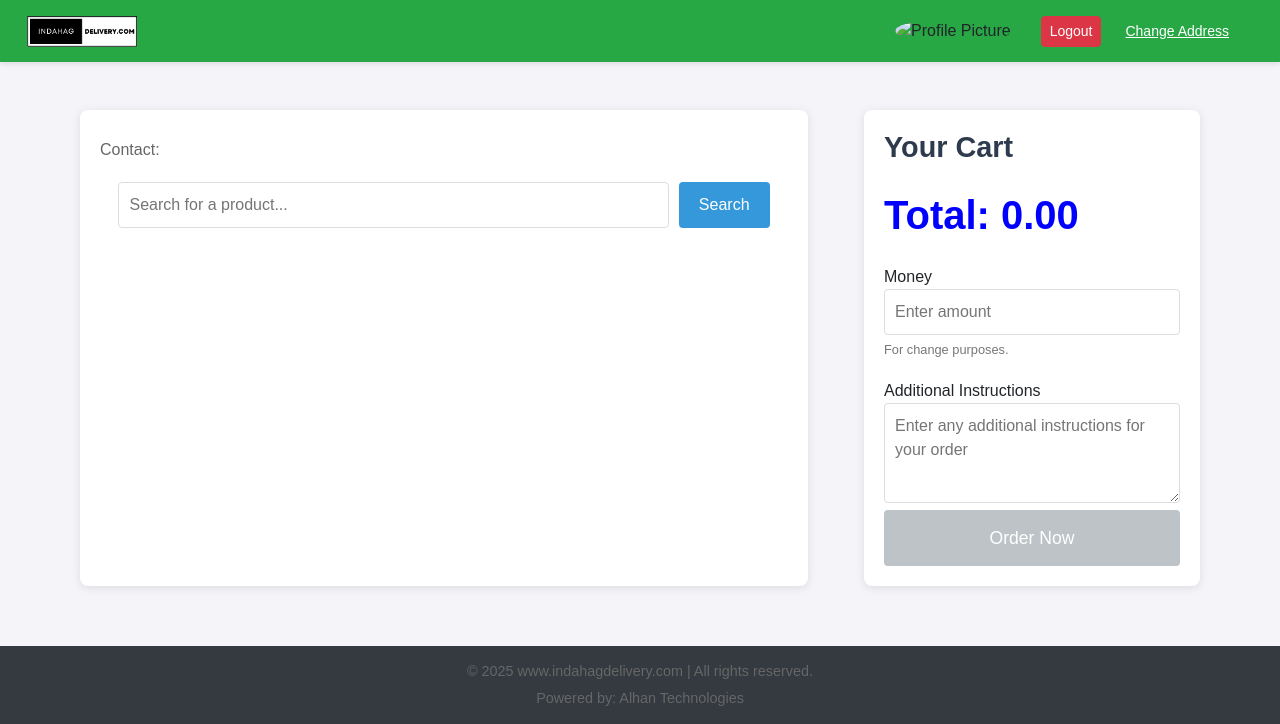
Repository: Jijiluzana225/indahagdelivery.com
Page: store/templates/store/store_products.html
An editor plug-in stored every save of this project. The page is shown before and after the next save, followed by the edit.
The browser window is 1280 px wide. The pictures show the whole page.
The template is drawn by Django 5.2. The application's start-up code is not run. The template is opened directly, without the code that normally fills it, so the values that code supplies are empty.

Above is the page before, as saved 2025-01-22 11:49:43.

After the next save:
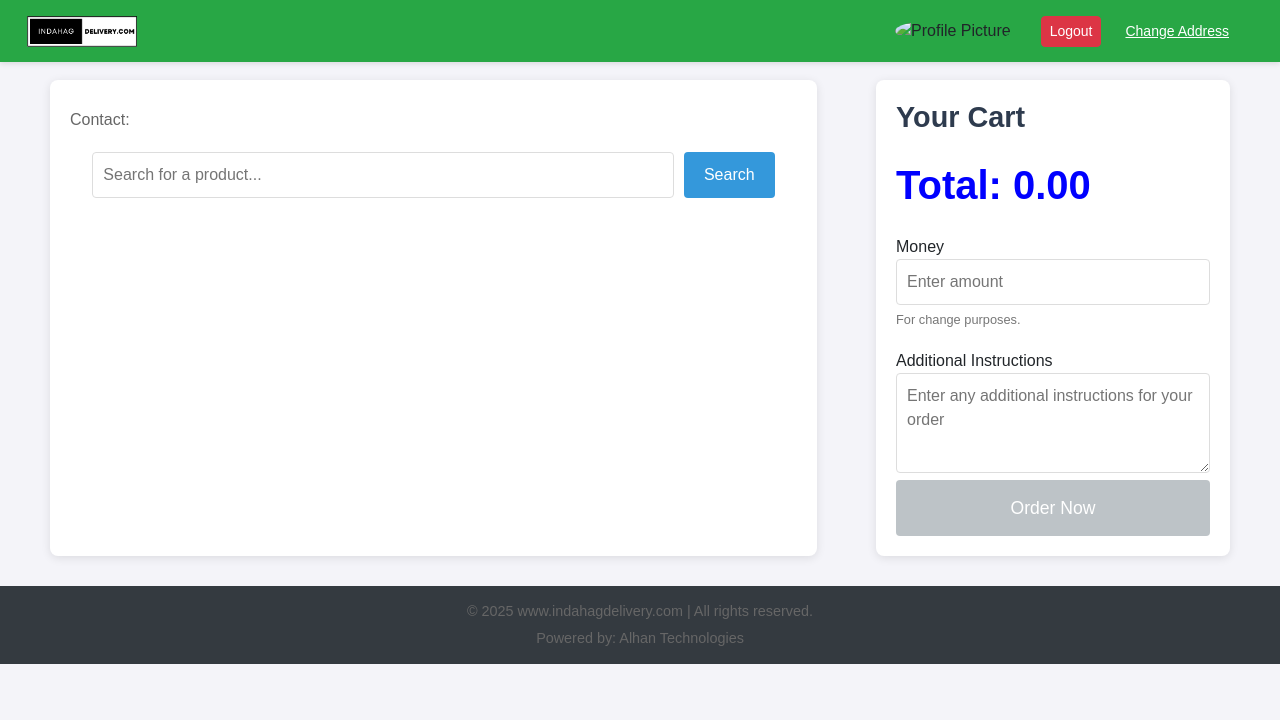
Saved 23 s later.
--- a/store/templates/store/store_products.html
+++ b/store/templates/store/store_products.html
@@ -28,7 +28,7 @@
     .container {
         display: flex;
         justify-content: space-between;
-        padding: 20px;
+        padding: 5px;
         max-width: 1200px;
         margin: 0 auto;
         flex-wrap: wrap;
